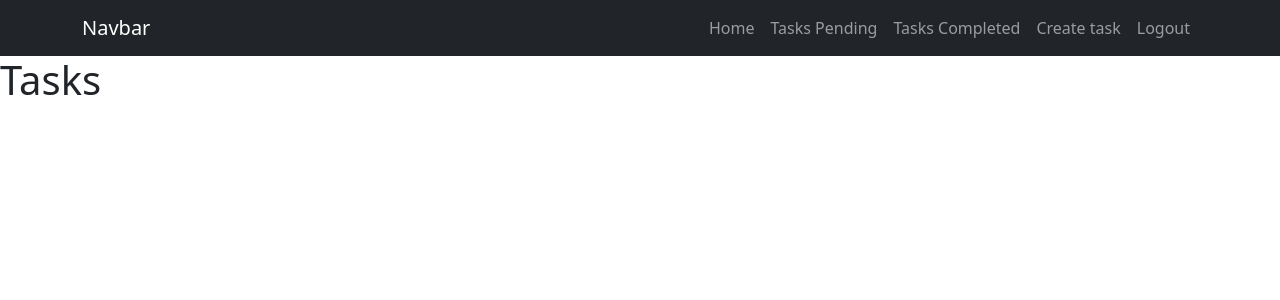
Repository: dbettancourt/django-auth-crud
Page: http://localhost/tasks/
The author's editor kept a copy of each file at every save. The page is drawn from the files as they stood at one save, then again after the next save.
The browser window is 1280 px wide. The pictures show the whole page.
The page is served by the project's application, run on Django 4.2 (manage.py). A made-up administrator, testuser (Test User, test@example.com), is signed in. Queries for data that is not in the repository find no rows.

Above is the page before, as saved 2023-06-06 11:22:12.

After the next save:
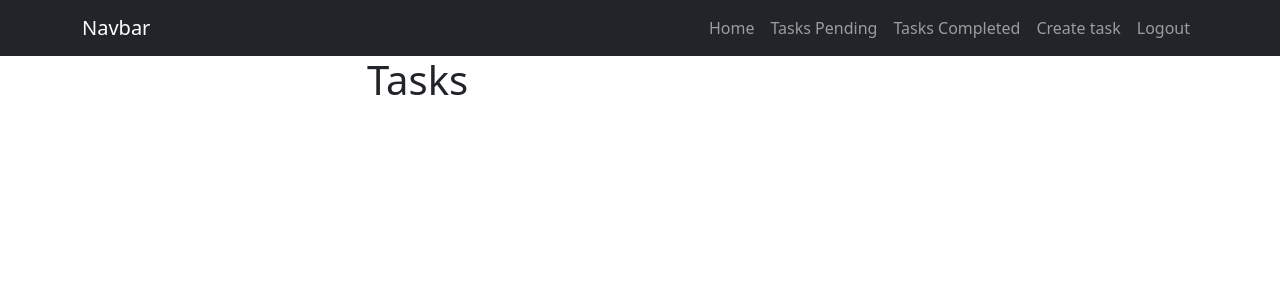
Saved 22 s later.
--- a/tasks/templates/tasks.html
+++ b/tasks/templates/tasks.html
@@ -1,11 +1,12 @@
 {% extends 'base.html' %}
 
 {% block content %}
-<h1>Tasks</h1>
+
 
 <main class="container">
     <div class="row">
         <div class="col-md-6 offset-md-3">
+            <h1>Tasks</h1>
             <ul>
                 {% for task in tasks %}
                 <li>
